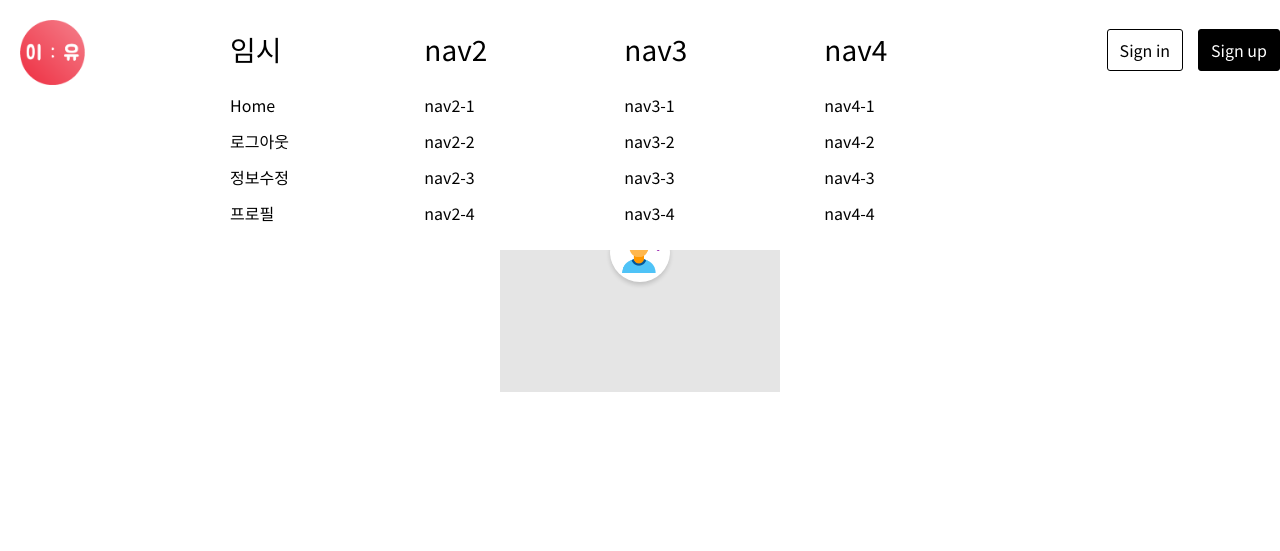
Repository: ryuwc/E_U
Page: /feeling (app in final-pjt-front/)
These files come from the project's save history. The page is drawn as it stood at one moment and after the next save; the edit follows.
The browser window is 1280 px wide. The pictures show the whole page.
The page's requests for data from a server got no answer. Some web libraries are served in a nearby version. The project was rebuilt for these pictures with package versions that can differ from the ones it lists, and the page was loaded fresh each time. No one was signed in, and anything a server would have sent is missing. Also part of the build but not shown: final-pjt-front/vue.config.js.

Above is the page before, as saved 2022-11-23 12:09:27.

### final-pjt-front/public/index.html
<!DOCTYPE html>
<html lang="">
  <head>
    <meta charset="utf-8">
    <meta http-equiv="X-UA-Compatible" content="IE=edge">
    <meta name="viewport" content="width=device-width,initial-scale=1.0">
    <link rel="icon" href="<%= BASE_URL %>favicon.ico">
    <title>이:유</title>
    <link href="https://cdn.jsdelivr.net/npm/bootstrap@5.2.0/dist/css/bootstrap.min.css" rel="stylesheet" integrity="sha384-gH2yIJqKdNHPEq0n4Mqa/HGKIhSkIHeL5AyhkYV8i59U5AR6csBvApHHNl/vI1Bx" crossorigin="anonymous">
    <link rel="preconnect" href="https://fonts.googleapis.com">
    <link rel="preconnect" href="https://fonts.gstatic.com" crossorigin>
    <link href="https://fonts.googleapis.com/css2?family=Pacifico&display=swap" rel="stylesheet">

    <!-- 온보딩 -->
    <link rel="preconnect" href="https://fonts.googleapis.com" />
    <link rel="preconnect" href="https://fonts.gstatic.com" crossorigin />
    <link href="https://fonts.googleapis.com/css2?family=Noto+Sans+KR:wght@300;400;500;700&display=swap" rel="stylesheet" />
  </head>
  <body>
    <noscript>
      <strong>We're sorry but <%= htmlWebpackPlugin.options.title %> doesn't work properly without JavaScript enabled. Please enable it to continue.</strong>
    </noscript>
    <div id="app"></div>
    <!-- built files will be auto injected -->
    <script src="https://cdn.jsdelivr.net/npm/bootstrap@5.2.0/dist/js/bootstrap.bundle.min.js" integrity="sha384-A3rJD856KowSb7dwlZdYEkO39Gagi7vIsF0jrRAoQmDKKtQBHUuLZ9AsSv4jD4Xa" crossorigin="anonymous"></script>
    <script src="https://kit.fontawesome.com/703c5975bf.js" crossorigin="anonymous"></script>
  </body>
</html>

### final-pjt-front/src/main.js
import Vue from 'vue'
import App from './App.vue'
import store from './store'
import router from './router'
import './assets/tailwind.css'

Vue.config.productionTip = false

new Vue({
  store,
  router,
  render: h => h(App)
}).$mount('#app')

### final-pjt-front/src/App.vue
<template>
  <div id="app">
    <body>
      <header id="header">
        <div class="header">

          <img src="./image/logo.png"
          style="width: 65px; height: 65px; margin-left: 20px; margin-top: 20px; margin-bottom: 20px;"
          >

          <nav>
            <ul>
              <li>
                <div class="list">
                  <h3 class="nav_text">임시</h3>
                  <div class="hidden_nav_list">
                    <a href="">
                      <router-link  to="/home"><p class="hidden_nav_list_text">Home</p></router-link>
                    </a>
                    <a href="" @click.prevent="logOut">
                      <p class="hidden_nav_list_text">로그아웃</p>
                    </a>
                    <a href="">
                      <router-link to="/edit"><p class="hidden_nav_list_text">정보수정</p></router-link>
                    </a>
                    <a href="">
                      <router-link to="/profile"><p class="hidden_nav_list_text">프로필</p></router-link>
                    </a>
                  </div>
                </div>
              </li>
              <li>
                <div class="list">
                  <h3 class="nav_text">nav2</h3>
                  <div class="hidden_nav_list">
                    <a href="">
                      <p class="hidden_nav_list_text">nav2-1</p>
                    </a>
                    <a href="">
                      <p class="hidden_nav_list_text">nav2-2</p>
                    </a>
                    <a href="">
                      <p class="hidden_nav_list_text">nav2-3</p>
                    </a>
                    <a href="">
                      <p class="hidden_nav_list_text">nav2-4</p>
                    </a>
                  </div>
                </div>
              </li>
              <li>
                <div class="list">
                  <h3 class="nav_text">nav3</h3>
                  <div class="hidden_nav_list">
                    <a href="">
                      <p class="hidden_nav_list_text">nav3-1</p>
                    </a>
                    <a href="">
                      <p class="hidden_nav_list_text">nav3-2</p>
                    </a>
                    <a href="">
                      <p class="hidden_nav_list_text">nav3-3</p>
                    </a>
                    <a href="">
                      <p class="hidden_nav_list_text">nav3-4</p>
                    </a>
                  </div>
                </div>
              </li>
              <li>
                <div class="list">
                  <h3 class="nav_text">nav4</h3>
                  <div class="hidden_nav_list">
                    <a href="">
                      <p class="hidden_nav_list_text">nav4-1</p>
                    </a>
                    <a href="">
                      <p class="hidden_nav_list_text">nav4-2</p>
                    </a>
                    <a href="">
                      <p class="hidden_nav_list_text">nav4-3</p>
                    </a>
                    <a href="">
                      <p class="hidden_nav_list_text">nav4-4</p>
                    </a>
                  </div>
                </div>
              </li>
            </ul>
          </nav>

          <div class="header_button_group">
            <router-link v-if="!isLogin" to="/login"><button class="header_button_signin" style="color: black;">Sign in</button></router-link>
            <router-link v-if="!isLogin" to="/signup"><button class="header_button_signup">Sign up</button></router-link>
          </div>
        </div>
      </header>
    </body>


    <!-- 임시로 사용한 네브바 -->
    <!-- <nav>
      <router-link  to="/home">| Home |</router-link>
      <router-link v-if="!isLogin" to="/signup">| Sign Up |</router-link>
      <router-link v-if="!isLogin" to="/login">Login |</router-link>
      <button v-if="isLogin" @click="logOut">로그아웃 |</button>
      <router-link v-if="isLogin" to="/edit">정보수정</router-link> |
      <router-link v-if="isLogin" to="/profile">Profile |</router-link>
      <router-link to="/practice">연습</router-link> |
    </nav> -->

    <router-view />
  </div>
</template>

<script>
import { mapActions, mapGetters } from 'vuex';

const moviesStore = 'moviesStore';

export default {
  name: 'App',

  data() {
    return {
      header: null,
      logo: null,
      navText: null,
      hiddenNavText: null,
      headerBtnSignin: null,
    };
  },
  methods: {
    ...mapActions('accountsStore', ['logOut']),
    ...mapActions(moviesStore, ['getMovies']),
    ...mapActions(moviesStore, ['getNowMovies']),
    getId: (id) => {
      return document.getElementById(id);
    },
    getClass: (className) => {
      return document.getElementsByClassName(className);
    },
    test() {
      return console.log(this.getId('header'));
    },
    handleHoverHeader() {
      this.header.style.backgroundColor = '#fff';
      this.header.style.height = '250px';
      // if (this.headerBtnSignin) {
      //   this.headerBtnSignin[0].style.color = '#000';
      // }
      // this.logo.src = 'https://e7.pngegg.com/pngimages/941/692/png-clipart-black-small-apple-logo-logo-material-apple-logo.png';
      Object.values(this.navText).map((text) => (text.style.color = '#000'));
      Object.values(this.hiddenNavText).map((text) => {
        text.style.display = 'block';
        text.style.color = '#000';
      });
    },
    handleLeaveHeader() {
      this.header.style.backgroundColor = 'rgba(0,0,0,0)';
      this.header.style.height = '100px';
      // if (this.headerBtnSignin) {
      //   this.headerBtnSignin[0].style.color = '#fff';
      // }
      // this.logo.src = 'https://e7.pngegg.com/pngimages/941/692/png-clipart-black-small-apple-logo-logo-material-apple-logo.png';
      Object.values(this.navText).map((text) => (text.style.color = '#fff'));
      Object.values(this.hiddenNavText).map((text) => {
        text.style.display = 'none';
        text.style.color = '#000';
      });
    },
    main: () => {
      // header = this.getId('header');
    },
  },
  computed: {
    ...mapGetters('accountsStore', ['isLogin']),
    ...mapGetters('accountsStore', ['nickname']),
  },
  created() {
    this.getMovies(), this.getNowMovies();
  },
  mounted() {
    this.header = this.getId('header');
    this.logo = this.getId('logo');
    this.navText = this.getClass('nav_text');
    this.hiddenNavText = this.getClass('hidden_nav_list_text');
    this.headerBtnSignin = this.getClass('header_button_signin');
    // console.log(this.header);
    this.header.addEventListener('mouseover', this.handleHoverHeader);
    this.header.addEventListener('mouseleave', this.handleLeaveHeader);
  },
};
</script>


<style scoped>

body {
  margin: 0;
  padding: 0;
  width: 100%;
  height: 100%;
  background-color: white;
  color: white;
  font-family: 'Noto Sans KR', sans-serif;
}

body::-webkit-scrollbar {
  display: none;
}

h1,
h2,
h3,
h4,
h5,
h6,
ul,
li,
p {
  margin: 0;
  padding: 0;
}

ul {
  display: flex;
  height: 100%;
  list-style-type: none;
  color: inherit;
}

li {
  display: flex;
  justify-content: center;
  align-items: center;
  width: 120px;
  height: 100%;
  text-align: center;
  margin-right: 80px;
}

a {
  text-decoration: none;
  color: inherit;
}

button {
  background-color: #000;
  padding: 8px 12px;
  border: 1px solid #000;
  cursor: pointer;
  border-radius: 3px;
  color: white;
  height: fit-content;
}

button:hover {
  transform: scale(1.05);
}

button:active {
  transform: scale(0.97);
}

header {
  position: absolute;
  top: 0;
  width: 100%;
  /* height: 300px; */
  height: 100px;
  transition: 0.2s ease-in-out;
  z-index: 100;
  background-color: rgba(0, 0, 0, 0);
  overflow: hidden;
}

#header {
  display: flex;
  justify-content: center;
}

.header {
  display: flex;
  justify-content: space-between;
  width: 1280px;
  height: 100px;
}

.header_wrapper {
  display: flex;
  justify-content: space-between;
  /* width: 1280px; */
}

.logo {
  display: flex;
  align-items: center;
  width: 100px;
  height: 100px;
}

.logo img {
  width: 100%;
}

.header_button_group {
  display: flex;
  align-items: center;
  height: 100%;
}

.header_button_signin {
  margin-right: 15px;
  background-color: transparent;
}

.list {
  position: relative;
}

.hidden_nav_list {
  position: absolute;
  top: 60px;
  left: 0;
  width: 120px;
  text-align: left;
}

.hidden_nav_list p {
  margin-bottom: 12px;
  cursor: pointer;
}

.section {
  position: relative;
  width: 100vw;
  height: 100vh;
  transition: all 700ms ease 0s;
}

.section_text {
  position: absolute;
  display: flex;
  justify-content: center;
  width: 100vw;
  z-index: 2;
  top: 150px;
}

.section_header {
  top: 200px;
}

.section_text div {
  width: 1280px;
}

.section_text h2 {
  font-size: 64px;
  text-shadow: 2px 2px 2px #000;
}

.img {
  position: absolute;
  width: 100%;
  height: 100vh;
}

.img img {
  width: 100%;
  height: 100vh;
}

.more_btn {
  top: unset;
  bottom: 100px;
}

.more_btn button {
  width: 200px;
  height: 40px;
  background-color: #eee;
  border: 1px solid #000;
  color: #000;
  border: none;
  box-shadow: 2px 2px 5px rgba(0, 0, 0, 0.5);
}

#section_1_title,
#section_2_title,
#section_3_title,
#section_4_title,
#section_5_title,
#section_6_title {
  opacity: 0;
  transition: 0.5s ease-in-out;
  transition-delay: 0.5s;
  margin-left: 100px;
}

#section_6_btn {
  opacity: 0;
  transition: 0.5s ease-in-out;
  transition-delay: 0.5s;
  transform: translateY(100px);
}

#section_1_title {
  margin-left: 0;
}

.balls {
  width: 10em;
  display: flex;
  flex-flow: row nowrap;
  align-items: center;
  justify-content: space-between;
}

.balls div {
  width: 3em;
  height: 3em;
  border-radius: 50%;
  background-color: #fc2f70;
  transform: translateY(-100%);
  animation: wave 3s ease-in-out alternate infinite;
}

.balls div:nth-of-type(1) {
  animation-delay: -0.4s;
}

.balls div:nth-of-type(2) {
  animation-delay: -0.2s;
}
.balls div:nth-of-type(3) {
  animation-delay: -0.1s;
}

@keyframes wave {
  from {
    transform: translateY(-50%);
  }
  to {
    transform: translateY(50%);
  }
}

</style>

### final-pjt-front/src/store/index.js
import Vue from 'vue'
import Vuex from 'vuex'
import accountsStore from './modules/accountsStore'
import moviesStore from './modules/moviesStore';
import createPersistedState from "vuex-persistedstate";
import VuexPersistence from 'vuex-persistedstate'

Vue.use(Vuex)

const vuexLocal = new VuexPersistence({
  storage: window.localStorage,
  modules: ['accountsStore'],
})

export default new Vuex.Store({
  plugins: [createPersistedState()],

  state: {
  },
  getters: {
  },
  mutations: {
  },
  actions: {
  },
  modules: {
    accountsStore: accountsStore,
    moviesStore: moviesStore,
    plugins: [vuexLocal.plugin],
  }
})

### final-pjt-front/src/router/index.js
import Vue from 'vue'
import VueRouter from 'vue-router'

Vue.use(VueRouter)

const routes = [
  {
    path: '/signup',
    name: 'SignView',
    component: () => import('../views/accounts/SignUpView.vue')
  },
  {
    path: '/login',
    name: 'LoginView',
    component: () => import('../views/accounts/LoginView.vue'),

  //   beforeEnter(to, from, next) {
  //     // 이미 로그인 되어있는 경우
  //     this.$store.getters[accountsStore + "/i"] ? next({ name: "home" }) : next();
  //     to, from, next;
  //     console.log();
  //     // if (localStorage.getItem('token')) {
  //     //   // 메인 페이지로 이동
  //     //   next({ name: 'main' });
  //     // } else {
  //     //   next();
  //     // }
  //   }
  },
  {
    path: '/edit',
    name: 'EditUserView',
    component: () => import('../views/accounts/EditUserView.vue')
  },
  {
    path: '/profile/:id',
    name: 'ProfileView',
    component: () => import('../views/accounts/ProfileView.vue')
  },
  // {
  //   path: '/',
  //   name: 'IntroPageView',
  //   component: () => import('../views/movies/IntroPageView.vue')
  // },
  {
    path: '/home',
    name: 'MovieView',
    component: () => import('../views/movies/MovieView.vue')
  },
  {
    path: '/practice',
    name: 'PracticeView',
    component: () => import('../views/accounts/PracticeView.vue')
  },
  {
    path: '/test',
    name: 'TestView',
    component: () => import('../views/accounts/TestView.vue')
  },
  {
    path: '/choice',
    name: 'ChoiceMovieView',
    component: () => import('../views/accounts/ChoiceMovieView.vue')
  },
  {
    path: '/random',
    name: 'RandomMovieView',
    component: () => import('../views/movies/RandomMovieView.vue')
  },
  {
    path: '/feeling',
    name: 'FeelingMovieView',
    component: () => import('../views/movies/FeelingMovieView.vue')
  },
  {
    path: '/movies/:id',
    name: 'MovieDetailInfoView',
    component: () => import('../views/movies/MovieDetailInfoView.vue')
  },
  {
    path: '/',
    name: 'onBoardingView',
    component: () => import('../views/onBoardingView.vue')
  },
  {
    path: '/test2',
    name: 'TestTwoView',
    component: () => import('../views/TestTwoView.vue')
  },
  {
    path: '/test3',
    name: 'TestThree',
    component: () => import('../views/testThree.vue')
  },
  {
    path: '/maintest',
    name: 'MainTest',
    component: () => import('../views/MainTest.vue')
  },
  {
    path: '*',
    name: 'NotPound404View',
    component: () => import('../views/NotPound404View.vue')
  },
]

const router = new VueRouter({
  mode: 'history',
  base: process.env.BASE_URL,
  routes
})

// 로컬스토리지에서 토큰 가져오기
// console.log(JSON.parse(localStorage.getItem("vuex")).accountsStore.token);


// // 전역 가드
// router.beforeEach((to, from, next) => {
//   // 로그인 되어 있는지 확인 (위의 방법 확인)
//   const isLogin = JSON.parse(localStorage.getItem("vuex")).accountsStore.token ? true : false;
//   // 로그인이 필요한 페이지
//   const authPages = ['EditUserView', 'profile'];
//   // 앞으로 이동할 페이지(to)가 로그인이 필요한 페이지에 속하는지 확인
//   const authRequired = authPages.includes(to.name);
//   // 로그인이 필요한 페이지에 로그인이 되어 있지 않으면 로그인 페이지로 이동
//   if (authRequired && !isLogin) {
//     next('/login');
//     // 로그인이 필요 없는 페이지에 로그인이 되어 있으면 메인 페이지로 이동
//   } else{
//     next();
//   }
// })

export default router

### final-pjt-front/src/store/modules/accountsStore.js
import axios from "axios";
import router from "@/router";

const API_URL = "http://127.0.0.1:8000";

const accountsStore = {
  namespaced: true,
  state: {
    token: "",
    user: {},
    usernames: [],
  },
  getters: {
    authHead: (state) => ({ Authorization: `Token ${state.token}` }),
    user: (state) => state.user,
    username: (state) => state.user.username,
    nickname: (state) => state.user.nickname || state.user.username,
    isLogin: (state) => state.token ? true : false,
    usernames: (state) => state.usernames,

  },
  mutations: {
    SET_TOKEN: (state, token) => ( state.token = token ),
    SET_USER: (state, user) => (state.user = user),
  },
  actions: {
    test() {
      console.log("test");
    },
    getUserInfo({ commit, getters }, username) {
      axios({
        method: "get",
        url: `${API_URL}/accounts/profile/${username}`,
        headers: getters.authHead,
      })
        .then((res) => {
          console.log(res.data);
          commit("SET_USER", res.data);
        })
        .catch((err) => {
          console.log(err);
        });
    },

    signUp({ state }, user) {
      // console.log("sign up");
      // console.log(user);
      let signUpuser = {
        username: user.username,
        nickname: user.nickname,
        password1: user.password1,
        password2: user.password2,
      };
      if (!user.nickname) {
        signUpuser = {
          username: user.username,
          password1: user.password1,
          password2: user.password2,
        };
      }
      // console.log(signUpuser);
      axios({
        method: "post",
        url: "http://127.0.0.1:8000/accounts/signup/",
        data: { ...signUpuser },
      })
        .then((res) => {
          res
          state.usernames.push(user.username);
          router.push({ name: "LoginView" });
        })
        .catch((err) => {
          console.log(err);
        });
    },
    login({ commit, dispatch }, user) {
        // console.log(user);
        axios({
          method: 'post',
          url: `${API_URL}/accounts/login/`,
          data: { ...user },
        })
        .then(res => {
          // console.log(res);
          commit('SET_TOKEN', res.data.key);
          dispatch('getUserInfo', user.username);
        })
        .catch((err) => {
          console.log(err);
        });
      },
      logOut({ commit, getters }) {
        // console.log("logout", getters.authHead);
        axios({
          method: 'post',
          url: `${API_URL}/accounts/logout/`,
          headers: getters.authHead,
        })
        .then(res => {
          console.log(res);
          commit('SET_TOKEN', '');
          commit('SET_USER', {});
        })
        .catch(err => {
          console.log(err);
        })
      },
      editUserInfo({ dispatch, commit, getters }, user) {
        // console.log(user);
        commit
        user
        const userOrigin = getters.user;
        // console.log(userOrigin);
        const userNew = { ...userOrigin, ...user };
        // console.log(userNew);
        // console.log(getters.authHead);
        axios({
          method: 'put',
          url: `${API_URL}/accounts/profile/${getters.username}/`,
          data: { ...userNew },
          headers: getters.authHead,
        })
        .then(res => {
          console.log(res);
          // commit('SET_USER', res.data);
          dispatch('getUserInfo', res.data.username);
        })
      },
      editPassword({ getters }, password) {
        // console.log(password);
        axios({
          method: 'post',
          url: `${API_URL}/accounts/password/change/`,
          headers: getters.authHead,
          data: { ...password },
        })
        .then(() => {
          alert('비밀번호 변경에 성공했습니다.');
        })
        .catch(err => {
          console.log(err);
        })
      },
  }
}

export default accountsStore

### final-pjt-front/src/views/movies/FeelingMovieView.vue
<template>
  <body style="margin-top: 7rem; top: 0;">
    <div class="menu">
      <div class="toggle" @click="toggle"><img style="margin-left: 3px; height: 50px; width: 50px;" src="data:[embedded picture, 4190 characters]"></div>
      <li style="--i:0;--clr:#fff;">
        <a href="#">
          <img style="width: 50px; height: 50px;" src="data:[embedded picture, 3262 characters]">
        </a>
      </li>
      <li style="--i:1;--clr:#fff;">
        <a href="#"><img style="width: 50px; height: 50px;" src="data:[embedded picture, 2894 characters]"></a>
      </li>
      <li style="--i:2;--clr:#fff;">
        <a href="#"><img style="width: 50px; height: 50px;" src="data:[embedded picture, 4482 characters]"></a>
      </li>
      <li style="--i:3;--clr:#fff;">
        <a href="#"><img style="width: 50px; height: 50px;" src="data:[embedded picture, 3890 characters]"></a>
      </li>
      <li style="--i:4;--clr:#fff;">
        <a href="#"><img style="width: 50px; height: 50px;" src="data:[embedded picture, 3314 characters]"></a>
      </li>
      <li style="--i:5;--clr:#fff;">
        <a href="#"><img style="width: 50px; height: 50px;" src="data:[embedded picture, 3470 characters]"></a>
      </li>

    </div>
  </body>
</template>

<script>
export default {
  name: 'FeelingMovieView',

  data() {
    return {

    };
  },

  mounted() {

  },

  methods: {
    toggle() {
      const menu = document.querySelector('.menu');
      menu.classList.toggle('active');
    }
  },
};
</script>

<style scoped>
.menu {
  position: relative;
  width: 280px;
  height: 280px;
  background: rgba(0, 0, 0, 0.1);
  display: flex;
  justify-content: center;
  align-items: center;
  margin-left: auto;
  margin-right: auto;
}

.menu .toggle {
  position: relative;
  width: 60px;
  height: 60px;
  background: #fff;
  border-radius: 50%;
  box-shadow: 0 3px 4px rgba(0, 0, 0, 0.15);
  display: flex;
  justify-content: center;
  align-items: center;
  cursor: pointer;
  transition: 1.25s;
}

.menu.active .toggle {
  transform: rotate(360deg);
  box-shadow: 0, 6px, 6px, rgba(0, 0, 0, 0.15), 0 0 0 2px #333, 0 0 0 8px #fff
}

.menu li {
  position: absolute;
  left: 0;
  list-style: none;
  transition: 0.5s;
  transform: rotate(calc(360deg / 6 * var(--i)));
  transform-origin: 140px;
  scale: 0;
  transition-delay: calc(0.05s * var(--i));
}

.menu.active li {
  scale: 1;
}

.menu li a {
  position: relative;
  display: flex;
  transform: rotate(calc(360deg / -6 * var(--i)));

}

</style>

### final-pjt-front/tailwind.config.js
/** @type {import('tailwindcss').Config} */
module.exports = {
  corePlugins: {
    preflight: false,
  },
  content: [
      './src/views/accounts/*.{vue,js,ts,jsx,tsx}',
      './src/views/movies/MovieDetailInfoView.vue',
      './src/views/NotPound404View.vue',
      './src/components/ReviewCandi1.vue',
      './src/views/TestTwoView.vue',
      // './src/components/MoviveCard.vue',
      './src/components/PosterSlider.vue',
      './src/components/MovieClip.vue',
      './src/components/MovieDetailR.vue',
    ],
  theme: {
    extend: {},
  },
  plugins: [],
}

Loaded but not shown: final-pjt-front/src/assets/tailwind.css (common file); final-pjt-front/src/store/modules/moviesStore.js (237 lines, source omitted)

After the next save:
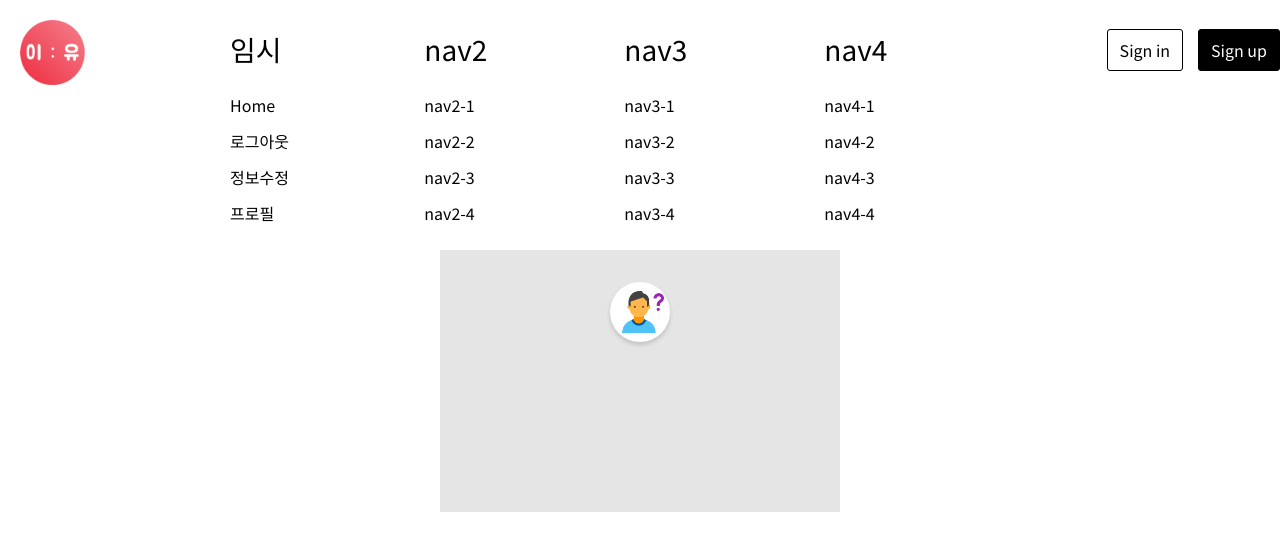
Saved 31 min 13 s later.
--- a/final-pjt-front/src/views/movies/FeelingMovieView.vue
+++ b/final-pjt-front/src/views/movies/FeelingMovieView.vue
@@ -53,8 +53,8 @@ export default {
 <style scoped>
 .menu {
   position: relative;
-  width: 280px;
-  height: 280px;
+  width: 400px;
+  height: 400px;
   background: rgba(0, 0, 0, 0.1);
   display: flex;
   justify-content: center;
